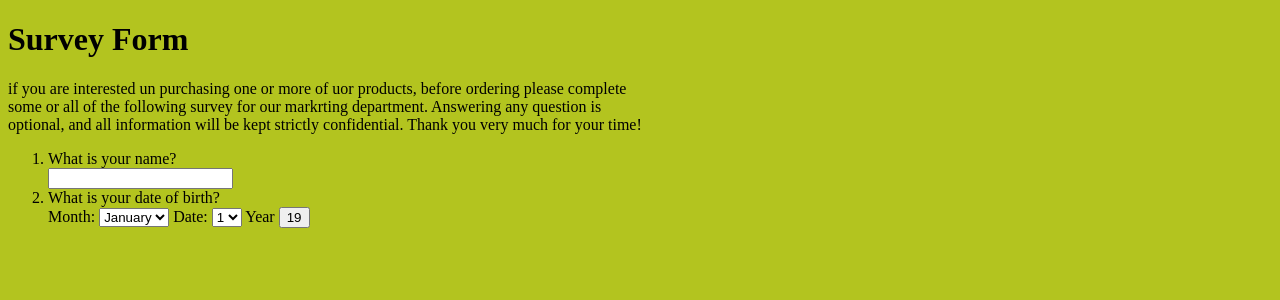
Repository: PhamChiXuan1/HTCNW_tuan3_DHCNTT16C_PhamChiXuan_20030131
Page: bt17.html
An editor plug-in stored every save of this project. The page is shown before and after the next save, followed by the edit.
The browser window is 1280 px wide. The pictures show the whole page.

Above is the page before, as saved 2022-02-27 22:13:30.

### bt17.html
<!DOCTYPE html>
<html lang="en">
<head>
    <meta charset="UTF-8">
    <meta http-equiv="X-UA-Compatible" content="IE=edge">
    <meta name="viewport" content="width=device-width, initial-scale=1.0">
    <title>Document</title>
</head>
<body style="background-color: rgb(179, 196, 31);">
    <H1>Survey Form</H1>
    <P>if you are interested un purchasing one or more of uor products, before ordering please complete <br>some or all of the following survey for our markrting department. Answering any question is <br>optional, and all information will be kept strictly confidential. Thank you very much for your time!</P>
    <ol type="1">
        <li>What is your name?</li>
        <form>
            <input type="text" id="fname" name="fname" value=""><br>
        </form>
        <li>What is your date of birth?</li>
        <form>
            <label for="cars">Month:</label>
            <select id="cars" name="cars">
                <option value="January">January</option>
            </select>
            <label for="cars">Date:</label>
            <select id="cars" name="cars">
                <option value="1">1</option>
            </select>
            <label for="cars">Year</label>
            <input type="button" value="19">

        </form>
    </ol>


</body>
</html>

After the next save:
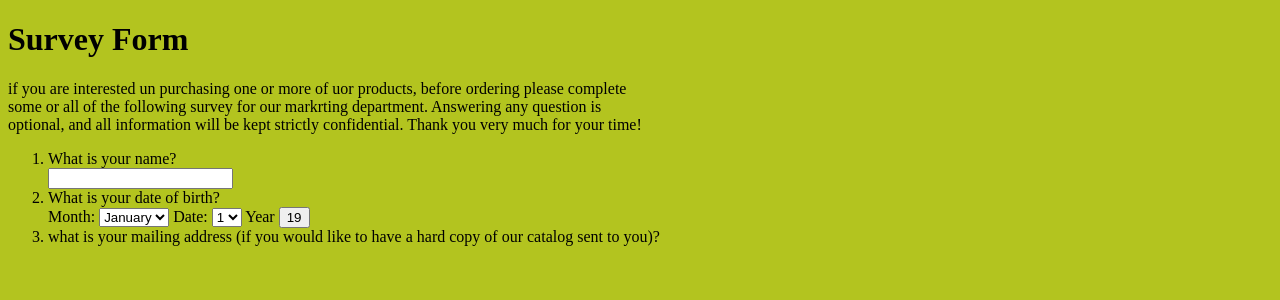
Saved 3 min 37 s later.
--- a/bt17.html
+++ b/bt17.html
@@ -25,7 +25,8 @@
                 <option value="1">1</option>
             </select>
             <label for="cars">Year</label>
-            <input type="button" value="19">
+            <input type="button" value="19" size="4">
+            <li>what is your mailing address (if you would like to have a hard copy of our catalog sent to you)?</li>
 
         </form>
     </ol>
